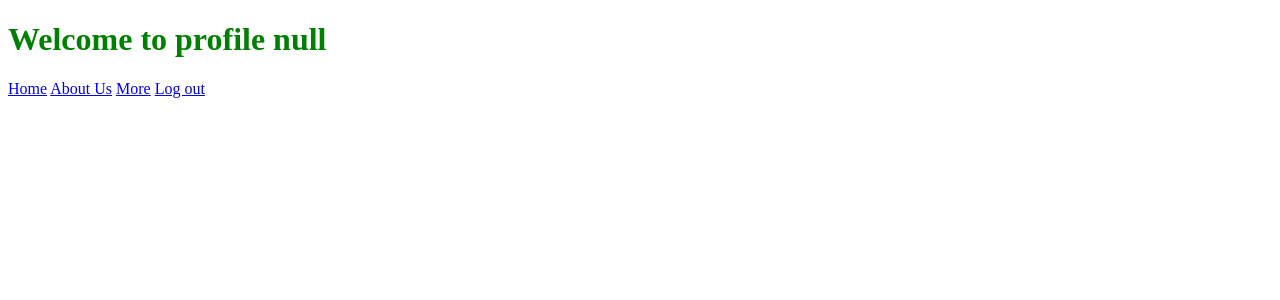
Repository: Senyadt2/Projects-On-Java
Page: http://localhost/HttpSession/profile.jsp
The author's editor kept a copy of each file at every save. The page is drawn from the files as they stood at one save, then again after a run of saves.
The browser window is 1280 px wide. The pictures show the whole page.
The page is served by Tomcat 10. Other server files are loaded and not shown.

Above is the page before, as saved 2024-03-24 10:21:12.

### HttpSession/src/main/webapp/profile.jsp
<%@ page language="java" contentType="text/html; charset=ISO-8859-1"
	pageEncoding="ISO-8859-1"%>
<!DOCTYPE html>
<html>
<head>
<meta charset="ISO-8859-1">
<title>Insert title here</title>
</head>
<body>
	<%
	String name = (String) session.getAttribute("name");
	%>
	<h1 style="color: green">
		Welcome to profile
		<%=name%>
	</h1>

	<%
	if(name != null) {
	%>
	<a href="home.jsp">Home</a>
	<a href="about.jsp">About Us</a>
	<a href="profile.jsp">More</a>
	<a href="Logout">Log out</a>
	<% }else {
	%>
	<a href="home.jsp">Home</a>
	<a href="about.jsp">About Us</a>
	<a href="profile.jsp">More</a>
	<a href="Logout">Log out</a>
	<%} %>
</body>
</html>

After the next 2 saves:
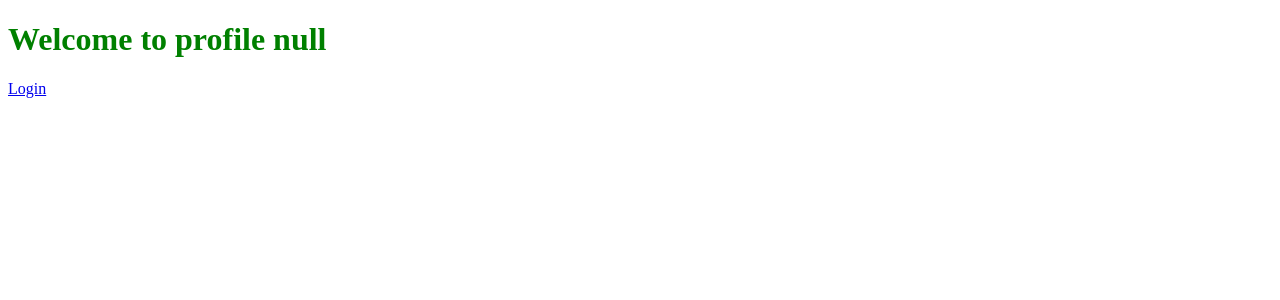
The 2 saves are shown as one change because they came seconds apart.
The last was saved 24 s later.
--- a/HttpSession/src/main/webapp/profile.jsp
+++ b/HttpSession/src/main/webapp/profile.jsp
@@ -24,10 +24,7 @@
 	<a href="Logout">Log out</a>
 	<% }else {
 	%>
-	<a href="home.jsp">Home</a>
-	<a href="about.jsp">About Us</a>
-	<a href="profile.jsp">More</a>
-	<a href="Logout">Log out</a>
+	<a href="index.jsp">Login</a>
 	<%} %>
 </body>
 </html>
